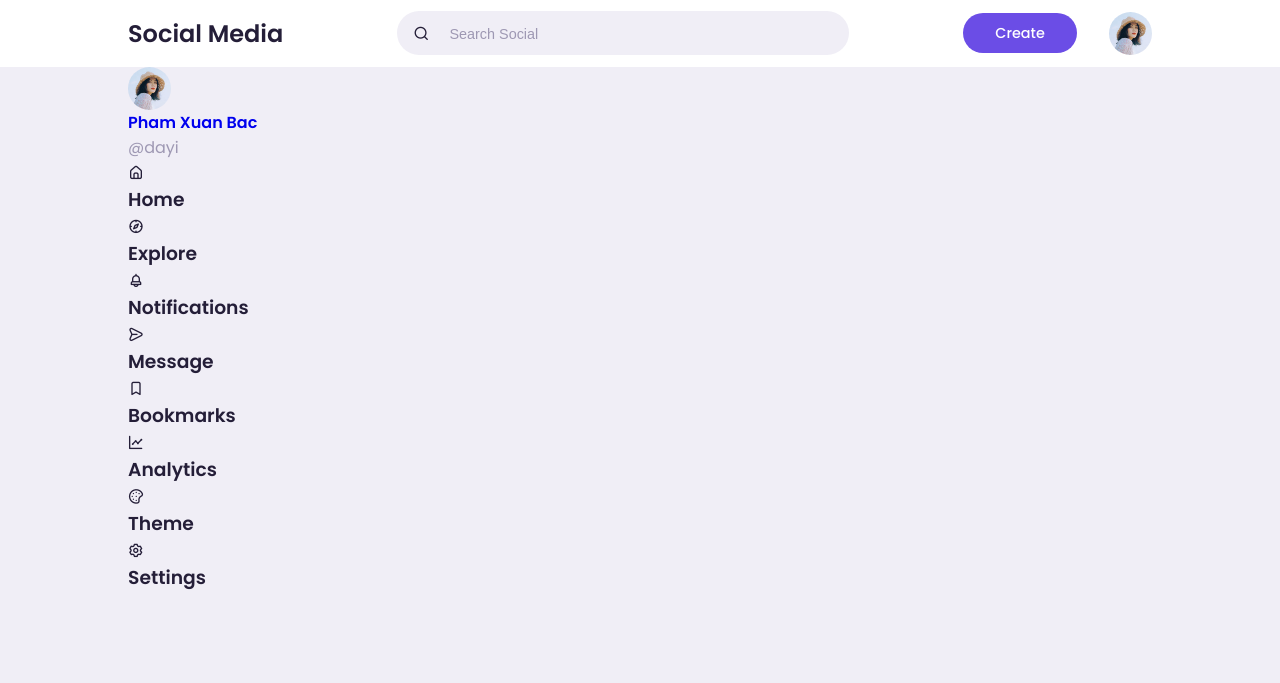
Repository: northpx/socialMedia
Page: index.html
These files come from the project's save history. The page is drawn as it stood at one moment and after the next save; the edit follows.
The browser window is 1280 px wide. The pictures show the whole page.

Above is the page before, as saved 2023-03-07 17:01:46.

### index.html
<!DOCTYPE html>
<html lang="en">
<head>
    <meta charset="UTF-8">
    <meta http-equiv="X-UA-Compatible" content="IE=edge">
    <meta name="viewport" content="width=device-width, initial-scale=1.0">
    <link rel="stylesheet" href="/css/style.css">
    <link rel="stylesheet" href="https://unicons.iconscout.com/release/v4.0.0/css/line.css">
    <title>Social Media</title>
</head>
<body>
    <nav>
        <div class="container">
            <h2 class="logo">
                Social Media
            </h2>
            <div class="search-bar">
                <i class="uil uil-search"></i>
                <input type="search" placeholder="Search Social">
            </div>
            <div class="create">
                <label for="create-post" class="btn btn-primary">Create</label>
                <div class="profile-picture">
                    <img src="./images/profile-1.jpg" alt="">
                </div>
            </div>
        </div>
    </nav>

    <main>
        <div class="container">
            <!-- ===========LEFT================ -->
            <div class="left">
                <a href="#" class="profile">
                    <div class="profile-picture">
                        <img src="./images/profile-1.jpg" alt="">
                    </div>
                    <div class="handle">
                        <h4>Pham Xuan Bac</h4>
                        <p class="text-muted">
                            @dayi
                        </p>
                    </div>
                </a>
                <!-- =================SIDEBAR=========== -->
                <div class="sidebar">
                    <a class="menu-item active">
                        <span><i class="uil uil-estate"></i></span><h3>Home</h3>
                    </a>
                    <span><i class="uil uil-compass"></i></span><h3>Explore</h3>
                    <span><i class="uil uil-bell"></i></span><h3>Notifications</h3>
                    <span><i class="uil uil-message"></i></span><h3>Message</h3>
                    <span><i class="uil uil-bookmark"></i></span><h3>Bookmarks</h3>
                    <span><i class="uil uil-chart-line"></i></span><h3>Analytics</h3>
                    <span><i class="uil uil-palette"></i></span><h3>Theme</h3>
                    <span><i class="uil uil-setting"></i></span><h3>Settings</h3>
                </div>
            </div>
            <!-- ===============MIDDLE============== -->
            <div class="middle">

            </div>
            <!-- ==============RIGHT============== -->
            <div class="right">

            </div>
        </div>
    </main>
</body>
</html>

### css/style.css
@import url("https://fonts.googleapis.com/css2?family=Poppins:ital,wght@0,400;0,500;0,600;1,400;1,500;1,600&family=Roboto:ital,wght@0,100;0,300;0,400;0,500;0,700;0,900;1,100;1,300;1,400;1,500;1,700;1,900&display=swap");
:root {
  --color-white: hsl(252,30%,100%);
  --color-light: hsl(252,30%,95%);
  --color-gray: hsl(252,15%,65%);
  --color-primary: hsl(252,75%,60%);
  --color-secondary: hsl(252,100%,90%);
  --color-success: hsl(120,95%,65%);
  --color-danger: hsl(0,95%,65%);
  --color-dark: hsl(252,30%,17%);
  --color-black: hsl(252,30%,10%);
  --border-radius: 2rem;
  --card-border-radius: 1rem;
  --btn-padding: 0.6rem 2rem;
  --search-padding: 0.6rem 1rem;
  --card-padding: 1rem;
  --sticky-top-left: 5.4rem;
  --sticky-top-right: -18rem;
}

*, *::before, *::after {
  margin: 0;
  padding: 0;
  outline: 0;
  box-sizing: border-box;
  text-decoration: none;
  list-style: none;
  border: none;
}

body {
  font-family: "Poppins", sans-serif;
  color: var(--color-dark);
  background: var(--color-light);
  overflow-x: hidden;
}

.container{
    width: 80%;
    margin: 0 auto;
}

.profile-picture{
    width: 2.7rem;
    aspect-ratio: 1/1;
    border-radius: 50%;
    overflow: hidden;
}

img{
    display: block;
    width: 100%;
}

.btn{
    display:  inline-block;
    padding: var(--btn-padding);
    font-weight: 500;
    border-radius: var(--border-radius);
    cursor: pointer;
    transition: all .3s ease;
    font-size: 0.9rem;
}

.btn:hover{
    opacity: 0.8;
}

.btn-primary{
    background: var(--color-primary);
    color: white;
}

.text-bold{
    font-weight: 500;
}

.text-muted{
    color: var(--color-gray);
}

nav{
    width: 100%;
    background: var(--color-white);
    padding: 0.7rem 0;
    top: 0;
    z-index: 10;
}

nav .container{
    display: flex;
    align-items: center;
    justify-content: space-between;
}

nav .search-bar{
    background: var(--color-light);
    border-radius: var(--border-radius);
    padding: var(--search-padding);
}

nav .search-bar input[type="search"]{
    background: transparent;
    width: 30vw;
    margin-left: 1rem;
    font-size: 0.9rem;
    color: var(--color-dark);
}

nav .search-bar input[type="search"]::placeholder{
    color: var(--color-gray);

}

nav .create{
    display: flex;
    align-items: center;
    gap: 2rem;
}

After the next save:
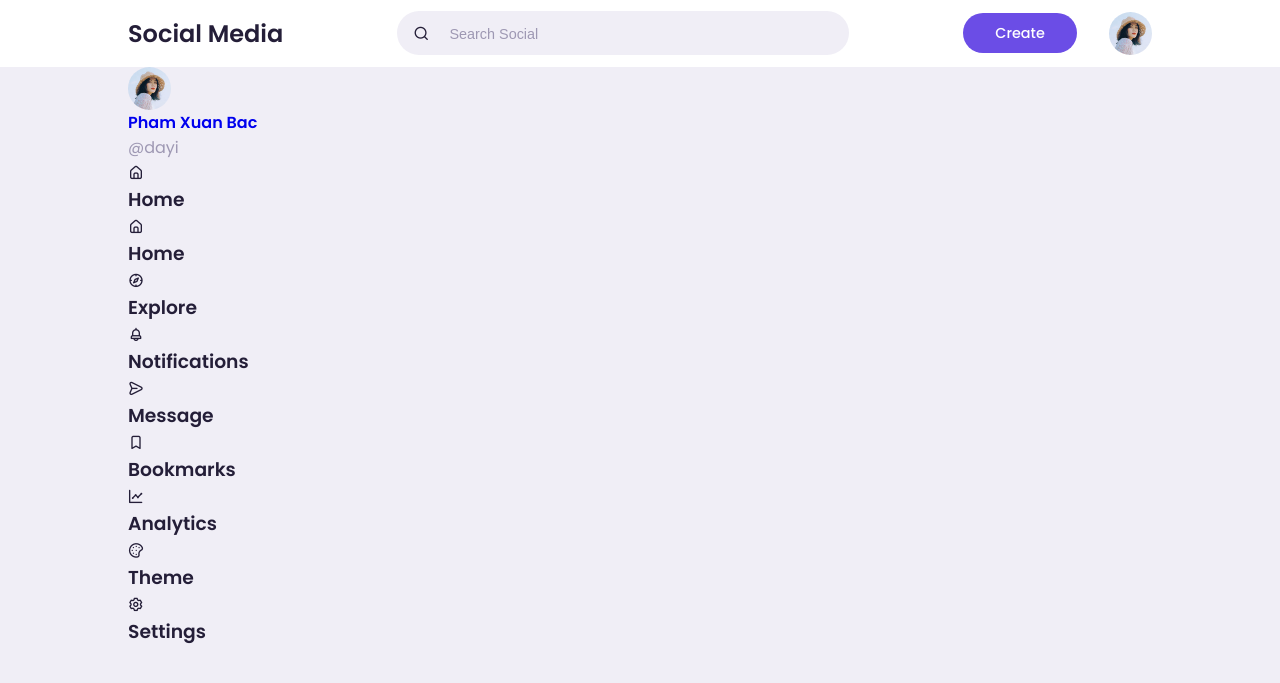
Saved 6 s later.
--- a/index.html
+++ b/index.html
@@ -47,6 +47,9 @@
                     <a class="menu-item active">
                         <span><i class="uil uil-estate"></i></span><h3>Home</h3>
                     </a>
+                    <a class="menu-item active">
+                        <span><i class="uil uil-estate"></i></span><h3>Home</h3>
+                    </a>
                     <span><i class="uil uil-compass"></i></span><h3>Explore</h3>
                     <span><i class="uil uil-bell"></i></span><h3>Notifications</h3>
                     <span><i class="uil uil-message"></i></span><h3>Message</h3>

After the 2 saves that followed:
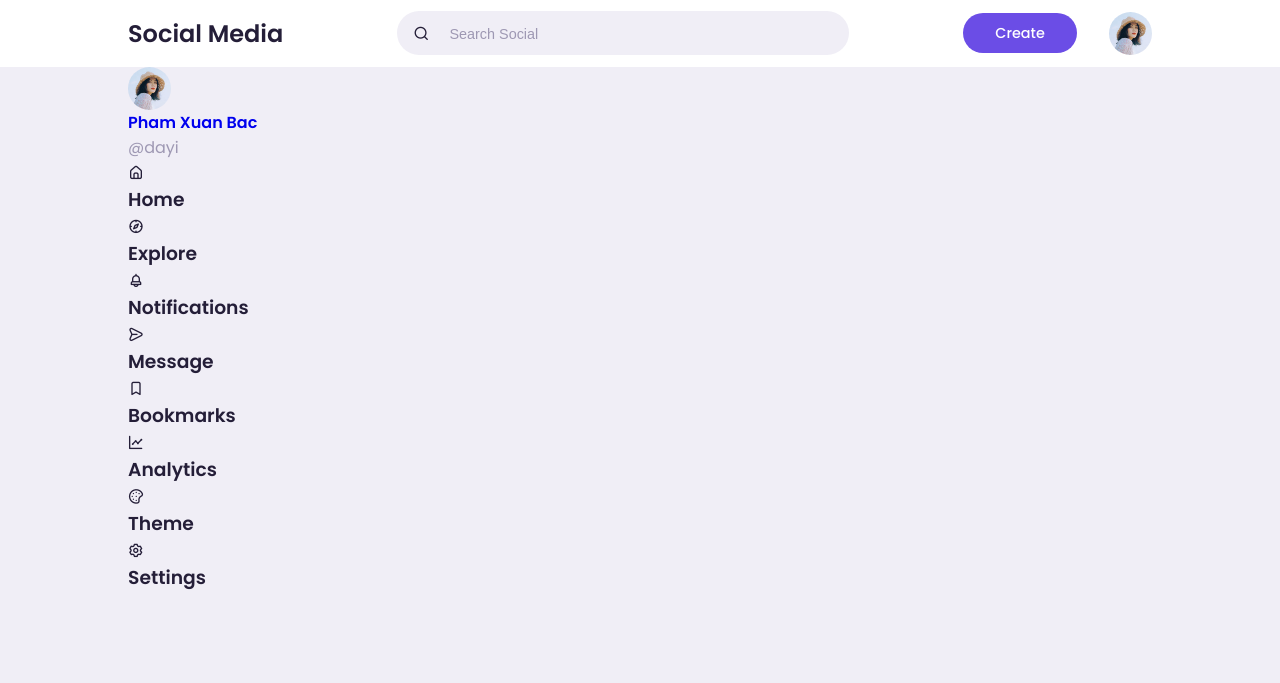
The 2 saves are shown as one change because they came seconds apart.
The last was saved 7 s later.
--- a/index.html
+++ b/index.html
@@ -48,9 +48,9 @@
                         <span><i class="uil uil-estate"></i></span><h3>Home</h3>
                     </a>
                     <a class="menu-item active">
-                        <span><i class="uil uil-estate"></i></span><h3>Home</h3>
+                        <span><i class="uil uil-compass"></i></span><h3>Explore</h3>
                     </a>
-                    <span><i class="uil uil-compass"></i></span><h3>Explore</h3>
+
                     <span><i class="uil uil-bell"></i></span><h3>Notifications</h3>
                     <span><i class="uil uil-message"></i></span><h3>Message</h3>
                     <span><i class="uil uil-bookmark"></i></span><h3>Bookmarks</h3>
